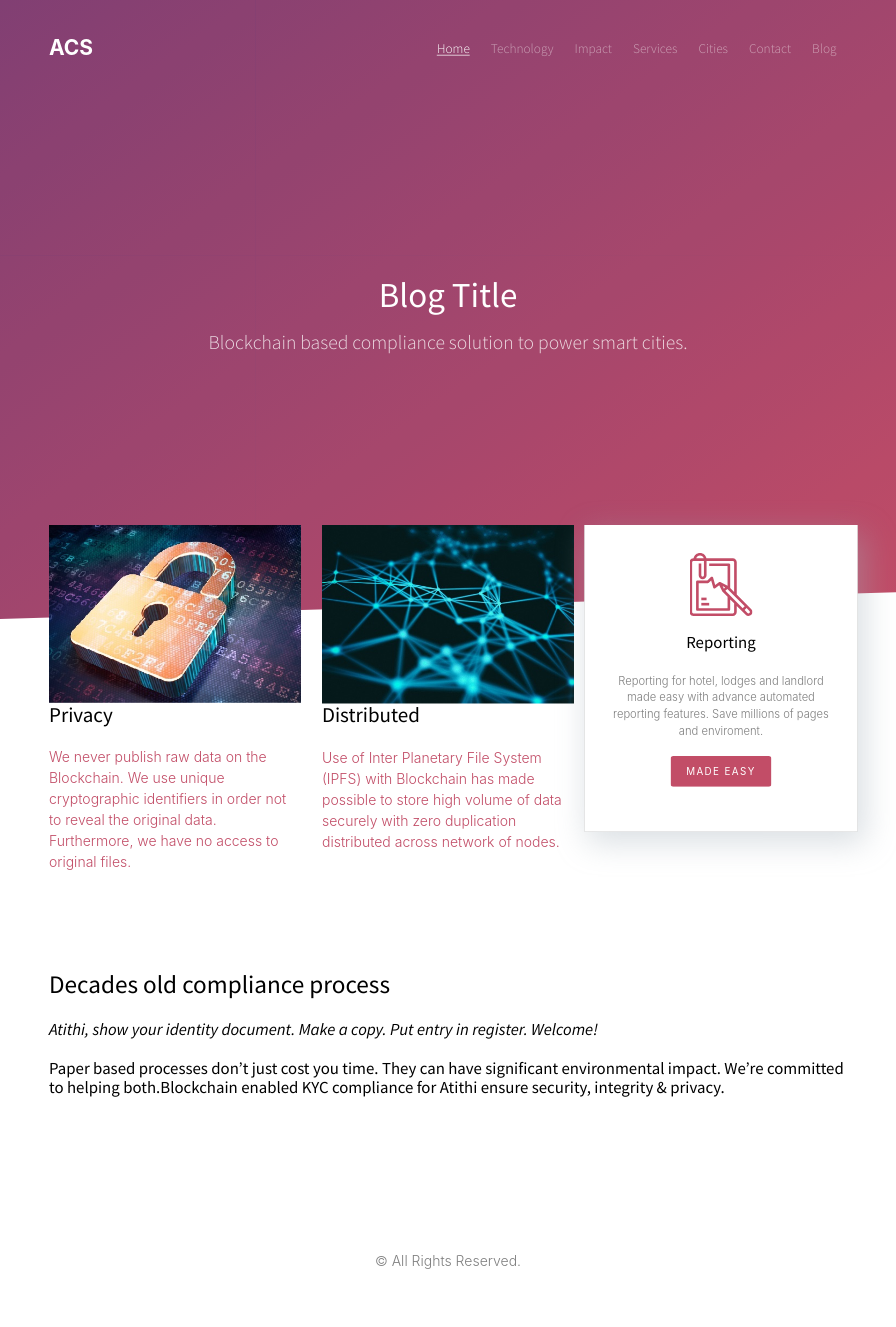
Repository: agarwalrahul-22/acs
Page: /blog
These files come from the project's save history. The page is drawn as it stood at one moment and after the next save; the edit follows.
The browser window is 1280 px wide. The pictures show the whole page, at 70% of full size.
Some web fonts or font styles are not loaded; a fallback is used. The project was rebuilt for these pictures with package versions that can differ from the ones it lists, and the page was loaded fresh each time. Also part of the build but not shown: src/components/main/LandingComponent.js, src/components/main/TechComponent.js, src/components/main/ImpactComponent.js, src/components/main/ServicesComponent.js, src/components/main/CitiesComponent.js, src/components/MainComponent.js.

Above is the page before, as saved 2022-10-10 22:01:03.

After the next save:
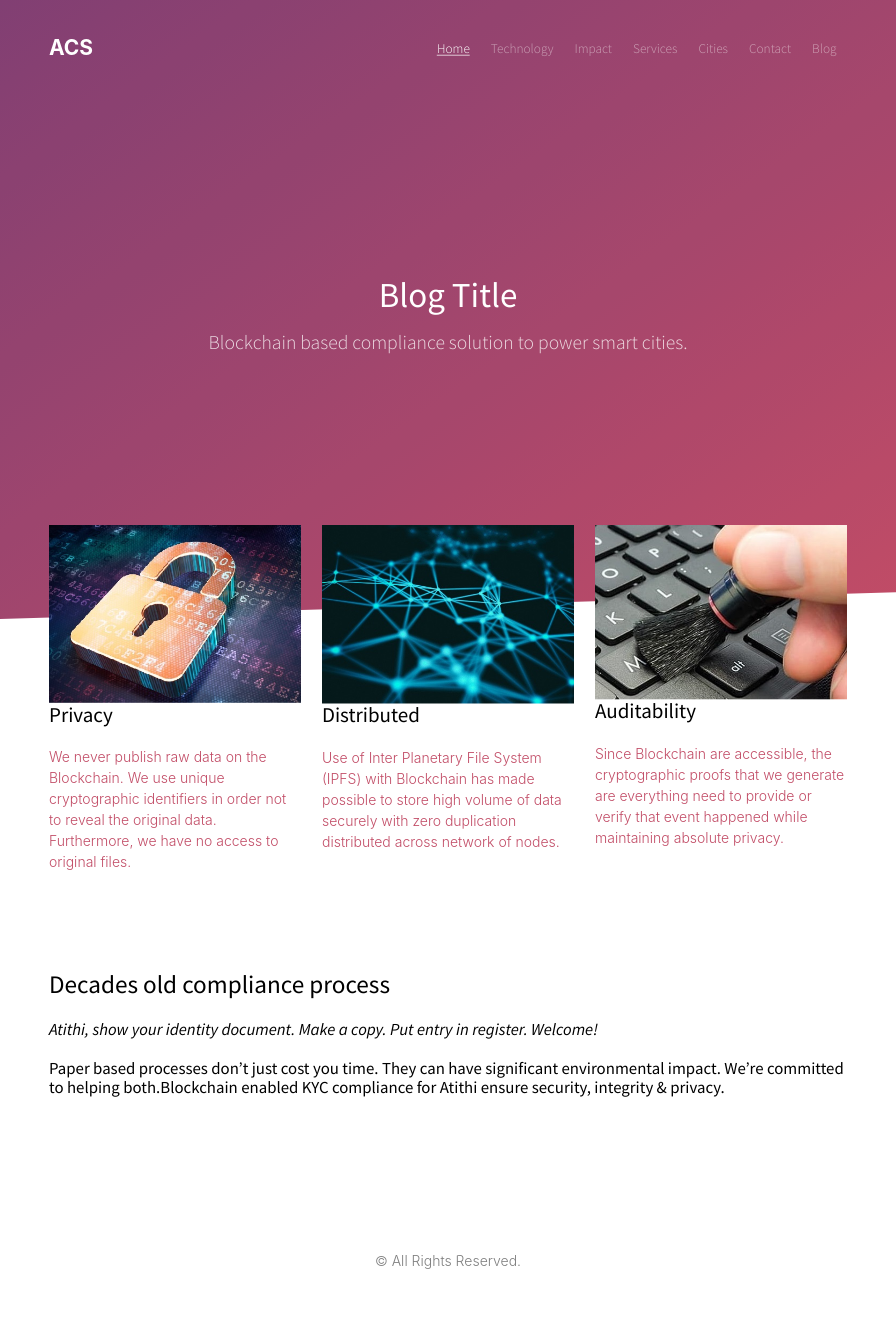
Saved 23 s later.
--- a/src/components/BlogComponent.js
+++ b/src/components/BlogComponent.js
@@ -66,27 +66,21 @@ function BlogComponent() {
                 </div>
               </a>
             </div>
-            <div
-              className="fh5co-block to-animate"
-              style={{ backgroundImage: { img10 } }}
-            >
-              <div className="overlay-darker"></div>
-              <div className="overlay"></div>
-              <div className="fh5co-text">
-                <img src={report} style={{ width: 90, height: 90 }} alt="" />
-                <p></p>
-                <h2>Reporting</h2>
-                <p>
-                  Reporting for hotel, lodges and landlord made easy with
-                  advance automated reporting features. Save millions of pages
-                  and enviroment.
-                </p>
-                <p>
-                  <a href="#" className="btn btn-primary">
-                    Made Easy
-                  </a>
-                </p>
-              </div>
+            <div className="col-md-4 col-sm-6 col-xxs-12">
+              <a
+                href={audit}
+                className="fh5co-project-item image-popup to-animate"
+              >
+                <img src={audit} alt="Image" className="img-responsive" />
+                <div className="fh5co-text">
+                  <h2>Auditability</h2>
+                  <span>
+                    Since Blockchain are accessible, the cryptographic proofs
+                    that we generate are everything need to provide or verify
+                    that event happened while maintaining absolute privacy.
+                  </span>
+                </div>
+              </a>
             </div>
           </div>
           <div>
